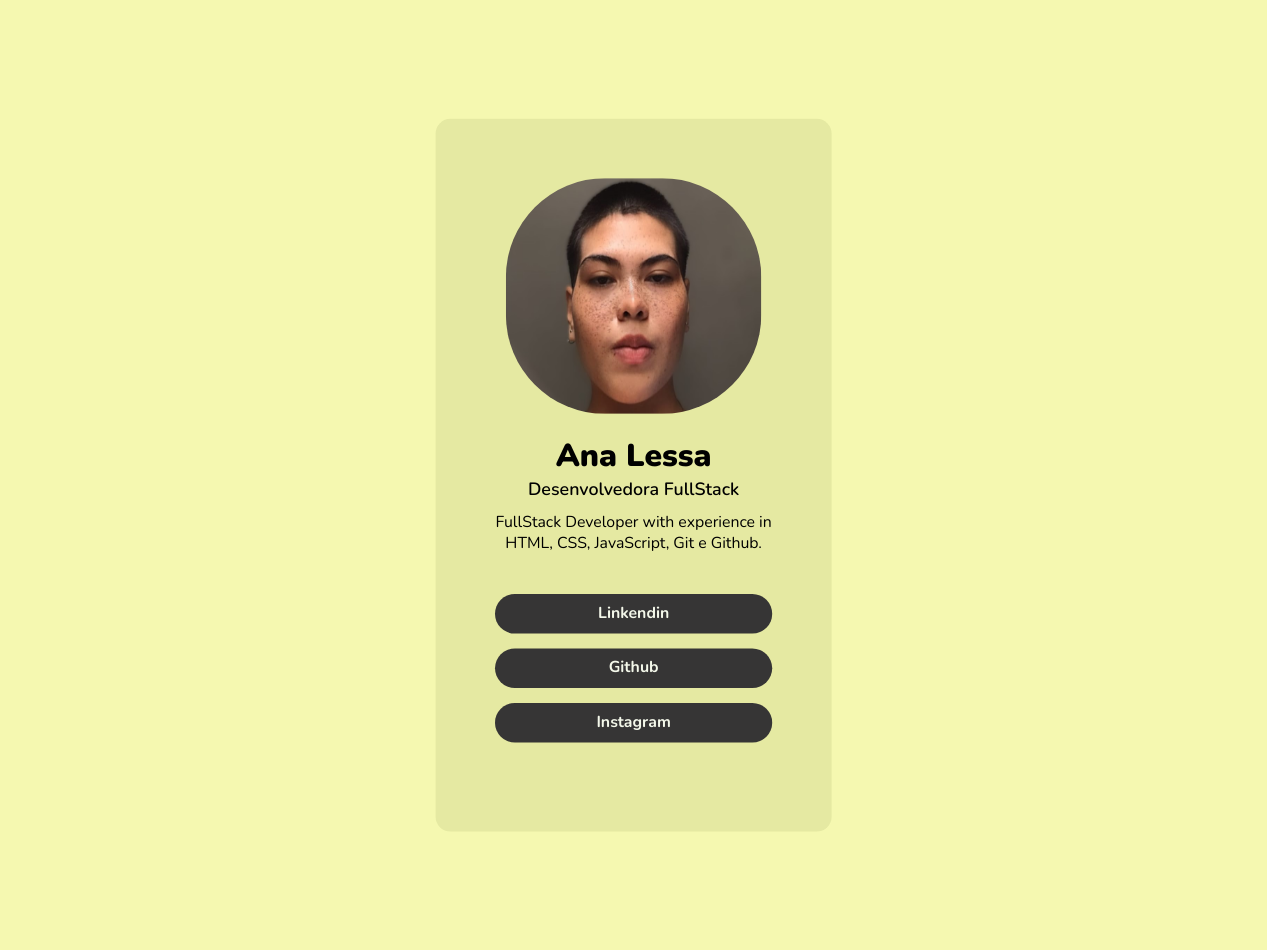
Repository: analessp/linktree
Page: index.html
An editor plug-in stored every save of this project. The page is shown before and after the next save, followed by the edit.
The browser window is 1280 px wide. The pictures show the whole page, at 99% of full size.

Above is the page before, as saved 2025-04-11 10:31:42.

### index.html
<!DOCTYPE html>
<html lang="pt-BR">
<head>
    <meta charset="UTF-8">
    <meta name="viewport" content="width=device-width, initial-scale=1.0">
    <title>Linktree Ana Lessa</title>
    <link rel="stylesheet" href="style.css">
    <link rel="preconnect" href="https://fonts.googleapis.com">
    <link rel="preconnect" href="https://fonts.gstatic.com" crossorigin>
    <link href="https://fonts.googleapis.com/css2?family=Nunito:ital,wght@0,200..1000;1,200..1000&display=swap" rel="stylesheet">
    <link rel="stylesheet" type='text/css' href="https://cdn.jsdelivr.net/gh/devicons/devicon@latest/devicon.min.css" />

</head>
<body>
    <div class="container-main">
    <div class="container-image">
        <img src="./assets/img.jpg" alt="Foto de Ana Lessa">
    </div>
    <div class="container-infos">
        <h1>Ana Lessa</h1>
        <h2>Desenvolvedora FullStack</h2>
    </div>
    <div class="container-easter-egg">
        <p>FullStack Developer with experience in HTML, CSS, JavaScript, Git e Github.</p>
    </div>
    <div class="container-social-links">
        <ul>
            <a href="https://www.linkedin.com/in/ana-lessa-2a312a253/" target="_blank">
            <li>Linkendin</li></a>
            <a href="https://github.com/analessp" target="_blank">
            <li>Github</li></a>
            <a href="https://www.instagram.com/analessp/" target="_blank">
            <li>Instagram</li></a>
        </ul>
    </div>
    </div>
</body>
</html>

### style.css
* {
    font-family: "Nunito", sans-serif;
    margin: 0;
    padding: 0;
    box-sizing: border-box;
}

body {
    background-color: #f5f8b0;
}

.container-main {
    background-color: #e5e9a2;
    width: 400px;
    height: 720px;
    box-sizing: border-box;
    margin: 120px auto;
    padding: 60px;
    border-radius: 15px;
    text-align: center;
}

.container-image img{
        width: 258px;
        height: 238px;
        border-radius: 100px;
}

.container-infos {
margin-top: 15px;
margin-bottom: 10px;
}

.container-infos h1 {
    font-weight: 900;
}

.container-infos h2 {
    font-weight: 600;
    font-size: 18px;
}

.container-social-links ul {
    list-style: none;
}

.container-social-links a {
    text-decoration: none;
    color: #f4f8ea;
}

.container-social-links {
    margin-top: 40px;
}

.container-social-links li {
    width: 280px;
    height: 40px;
    background-color: #363535;
    margin: 15px 0;
    padding: 8px 0;
    border-radius: 20px;
    font-weight: 700;
}

After the next save:
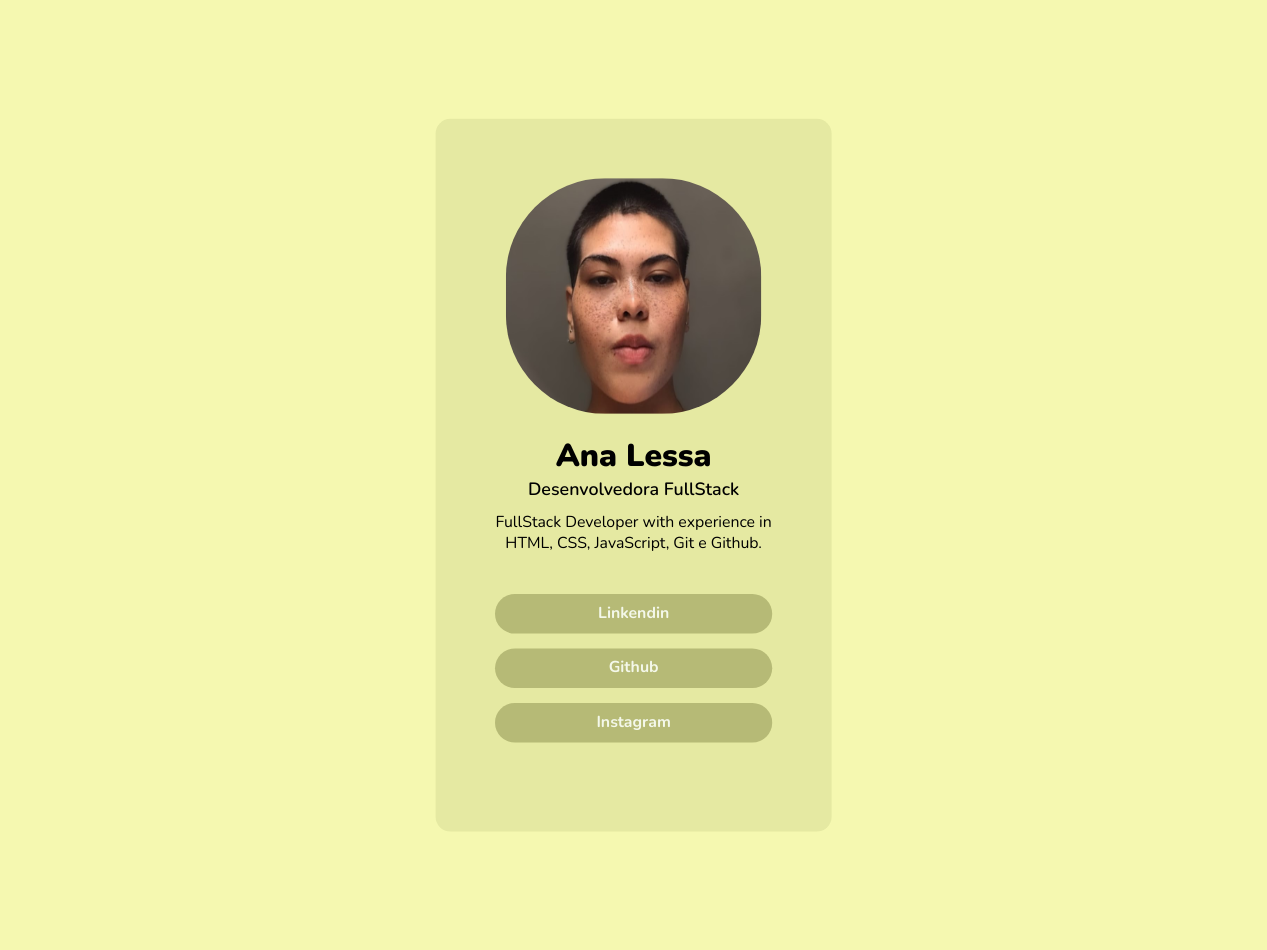
Saved 36 s later.
--- a/style.css
+++ b/style.css
@@ -56,7 +56,7 @@ margin-bottom: 10px;
 .container-social-links li {
     width: 280px;
     height: 40px;
-    background-color: #363535;
+    background-color: #b6ba76;
     margin: 15px 0;
     padding: 8px 0;
     border-radius: 20px;
